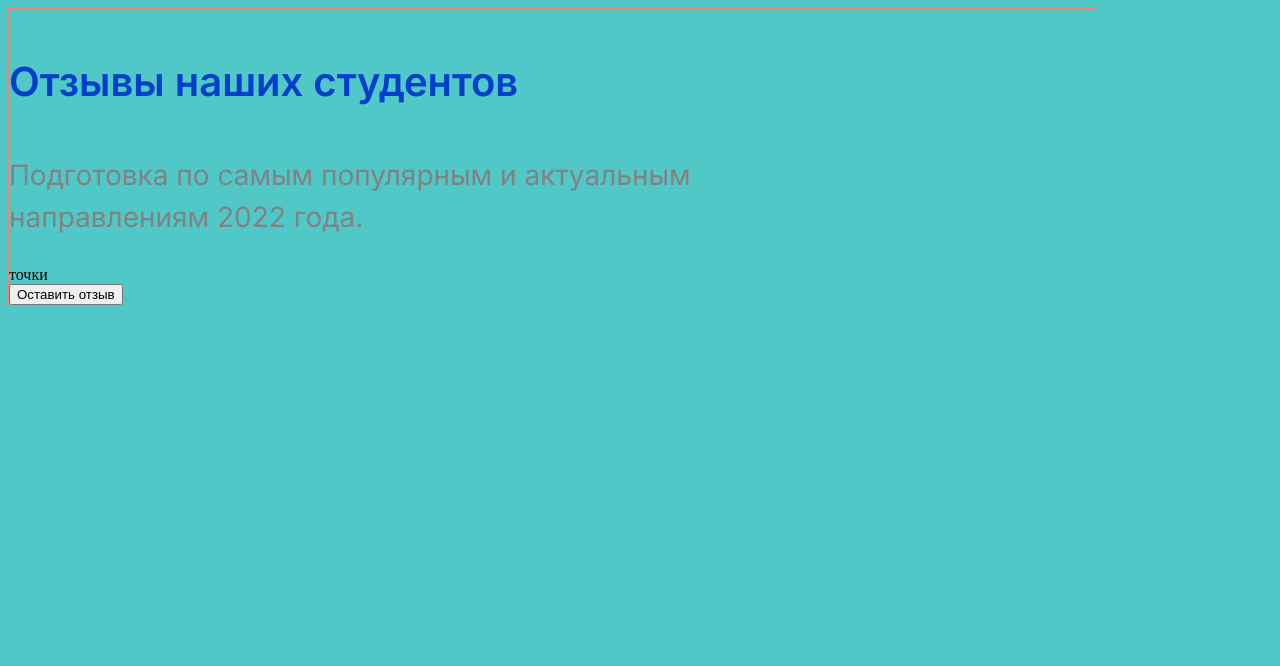
Repository: Malvuna/Studi
Page: index.html
An editor plug-in stored every save of this project. The page is shown before and after a run of saves, followed by the edit.
The browser window is 1280 px wide. The pictures show the whole page.

Above is the page before, as saved 2022-07-11 17:10:02.
Console error: SyntaxError: Identifier 'textAge' has already been declared

After the next 3 saves:
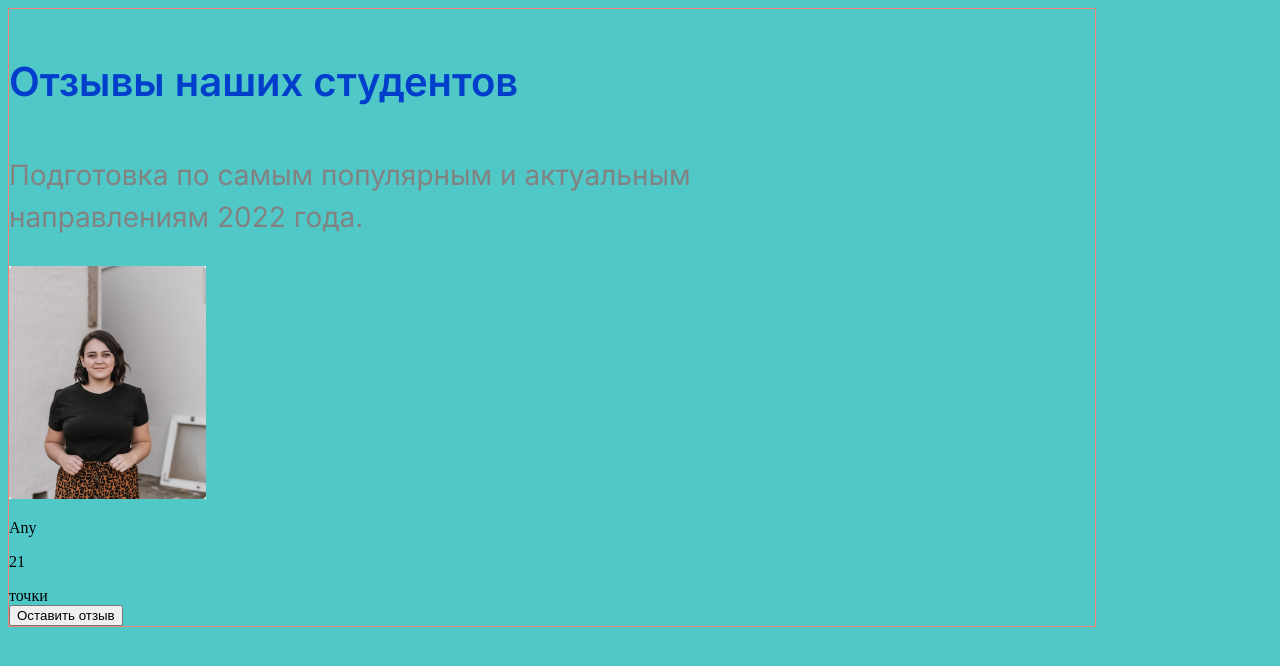
The error is gone.
The 3 saves are shown as one change because they came seconds apart.
The last was saved 9 s later.
--- a/javascript/javascript.js
+++ b/javascript/javascript.js
@@ -20,15 +20,12 @@ cardLeft.append(cardImg);
 
 let textName = document.createElement("p");
 textName.innerHTML = "Any";
-cardLeft.append(cardImg);
+cardLeft.append(textName);
 
 let textAge = document.createElement("p");
 textAge.innerHTML = "21";
-cardLeft.append(cardImg);
+cardLeft.append(textAge);
 
 //карточка парвый блок
 let cardRight = document.createElement("div");
 divOneCard.append(cardRight);
-
-let textAge = document.createElement("p");
-textAge.innerHTML = "21";
